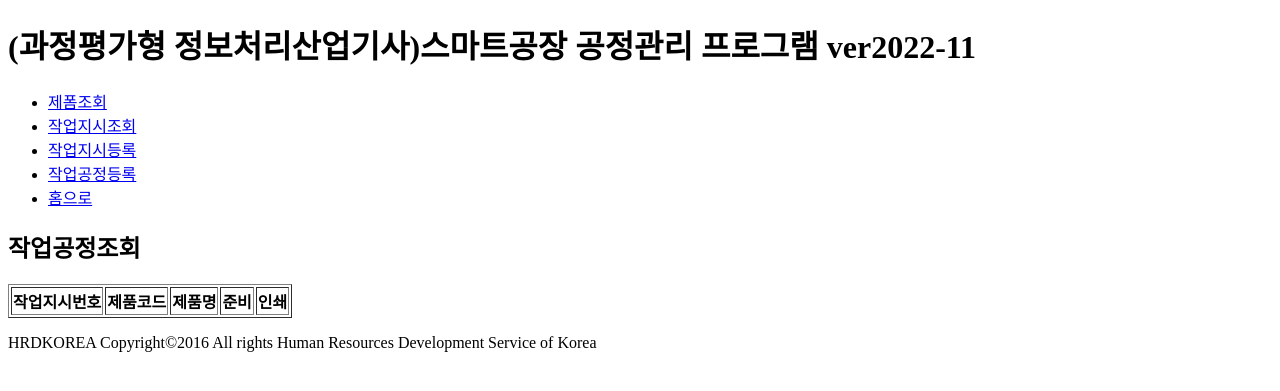
Repository: anakyn01/exam
Page: http://localhost/smart_5/sub4.jsp
An editor plug-in stored every save of this project. The page is shown before and after the next save, followed by the edit.
The browser window is 1280 px wide. The pictures show the whole page.
The page is served by Tomcat 9. Other server files are loaded and not shown.

Above is the page before, as saved 2025-01-06 07:16:08.

### smart_5/src/main/webapp/sub4.jsp
<%@ page language="java" contentType="text/html; charset=UTF-8"
    pageEncoding="UTF-8"%>
<jsp:include page="include/header.jsp"/>

<section>
<h2>작업공정조회</h2>
<table border=1>
<tr>
<th>작업지시번호</th>
<th>제품코드</th>
<th>제품명</th>
<th>준비</th>
<th>인쇄</th>
</tr>
</table>
</section>

<jsp:include page="include/footer.jsp"/>

### smart_5/src/main/webapp/include/header.jsp
<%@ page language="java" contentType="text/html; charset=UTF-8"
    pageEncoding="UTF-8"%>
<!DOCTYPE html>
<html>
<head>
<meta charset="UTF-8">
<title>스마트 공정관리 프로그램</title>
<link rel="stylesheet" href="css/style.css"/>
</head>
<body>
<header>
<h1>(과정평가형 정보처리산업기사)스마트공장 공정관리 프로그램 ver2022-11</h1>
</header>
<nav>
<ul>
<li><a href="sub1.jsp">제폼조회</a></li>
<li><a href="sub2.jsp">작업지시조회</a></li>
<li><a href="sub3.jsp">작업지시등록</a></li>
<li><a href="sub4.jsp">작업공정등록</a></li>
<li><a href="index.jsp">홈으로</a></li>
</ul>
</nav>

### smart_5/src/main/webapp/include/footer.jsp
<%@ page language="java" contentType="text/html; charset=UTF-8"
    pageEncoding="UTF-8"%>
<footer>
<p>HRDKOREA Copyright&copy;2016 All rights Human Resources Development Service of Korea</p>
</footer>
</body>
</html>

Loaded but not shown: smart_5/src/main/webapp/css/style.css (common file)

After the next save:
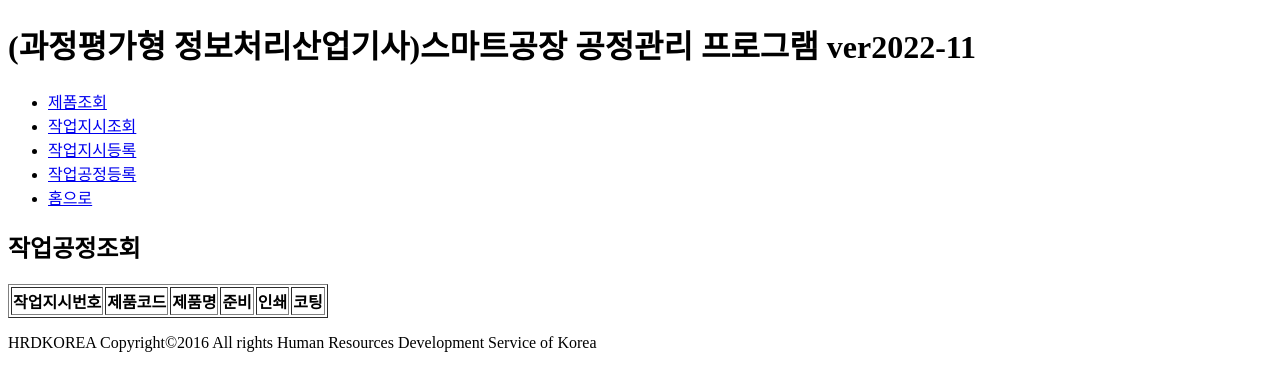
Saved 9 s later.
--- a/smart_5/src/main/webapp/sub4.jsp
+++ b/smart_5/src/main/webapp/sub4.jsp
@@ -11,6 +11,7 @@
 <th>제품명</th>
 <th>준비</th>
 <th>인쇄</th>
+<th>코팅</th>
 </tr>
 </table>
 </section>
